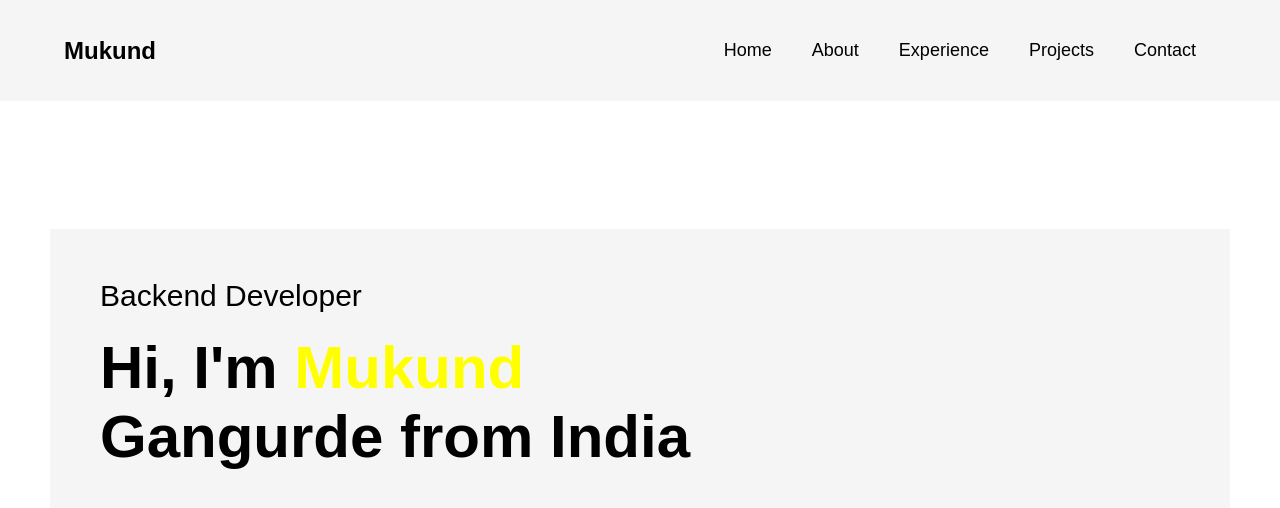
Repository: mukundgangurde/expense-tracker
Page: index.html
The author's editor kept a copy of each file at every save. The page is drawn from the files as they stood at one save, then again after the next save.
The browser window is 1280 px wide. The pictures show the whole page.

Above is the page before, as saved 2025-11-02 22:34:37.

After the next save:
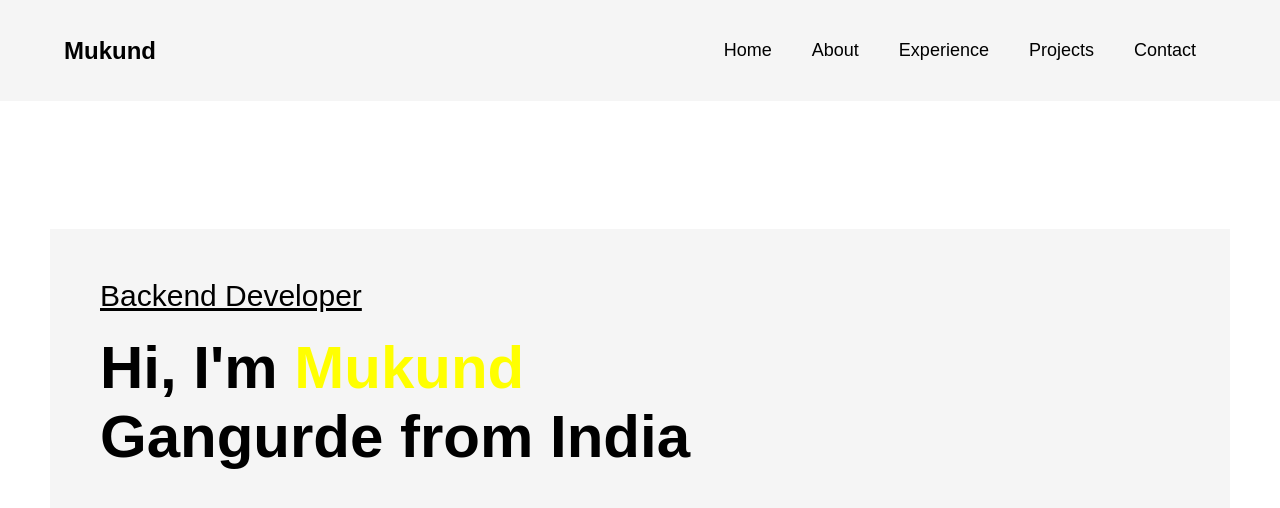
Saved 22 s later.
--- a/index.html
+++ b/index.html
@@ -26,7 +26,7 @@
       <!-- /Navigation Bar -->
 
       <div class="header-text">
-        <p>Backend Developer</p>
+        <p><u>Backend Developer</u></p>
         <h1>Hi, I'm <span>Mukund</span><br>Gangurde from India</h1>
       </div>
     </div>
